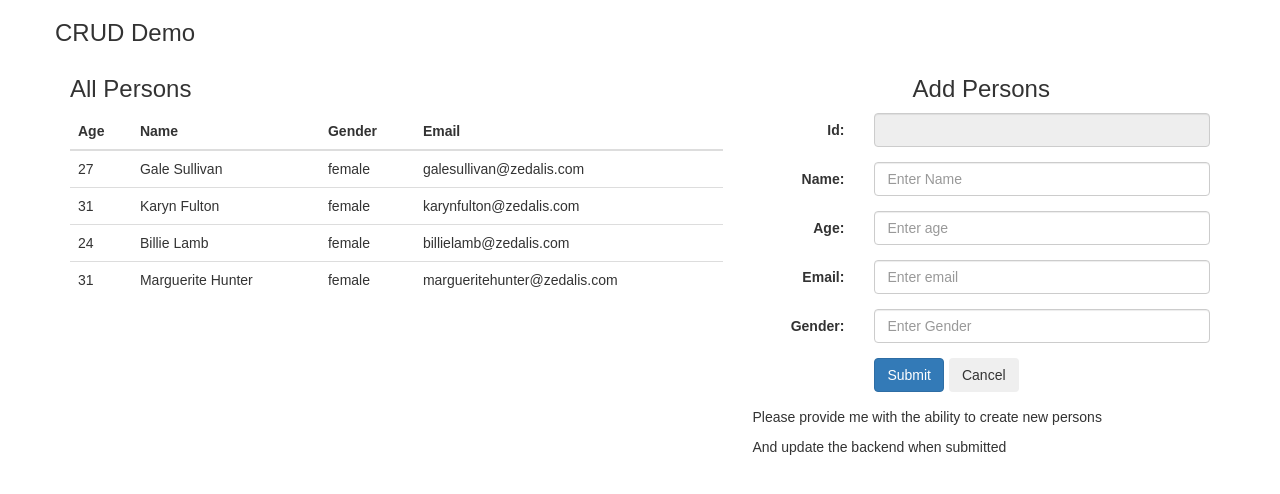
Repository: MukHansen/ReactUge
Page: / (app in thursday_exercises/react-crud-rest-exercise/)
The author's editor kept a copy of each file at every save. The page is drawn from the files as they stood at one save, then again after the next save.
The browser window is 1280 px wide. The pictures show the whole page.
The project was rebuilt for these pictures with package versions that can differ from the ones it lists, and the page was loaded fresh each time. Requests to the local data server were answered from the project's data file.

Above is the page before, as saved 2019-10-31 12:23:25.

### thursday_exercises/react-crud-rest-exercise/public/index.html
<!DOCTYPE html>
<html lang="en">
  <head>
    <meta charset="utf-8" />
    <link rel="icon" href="%PUBLIC_URL%/favicon.ico" />
    <meta name="viewport" content="width=device-width, initial-scale=1" />
    <meta name="theme-color" content="#000000" />
    <meta
      name="description"
      content="Web site created using create-react-app"
    />
    <link rel="apple-touch-icon" href="logo192.png" />
    <link rel="stylesheet" href="https://maxcdn.bootstrapcdn.com/bootstrap/3.3.7/css/bootstrap.min.css">
    <!--
      manifest.json provides metadata used when your web app is installed on a
      user's mobile device or desktop. See https://developers.google.com/web/fundamentals/web-app-manifest/
    -->
    <link rel="manifest" href="%PUBLIC_URL%/manifest.json" />
    <!--
      Notice the use of %PUBLIC_URL% in the tags above.
      It will be replaced with the URL of the `public` folder during the build.
      Only files inside the `public` folder can be referenced from the HTML.

      Unlike "/favicon.ico" or "favicon.ico", "%PUBLIC_URL%/favicon.ico" will
      work correctly both with client-side routing and a non-root public URL.
      Learn how to configure a non-root public URL by running `npm run build`.
    -->
    <title>React App</title>
  </head>
  <body>
    <noscript>You need to enable JavaScript to run this app.</noscript>
    <div id="root"></div>
    <!--
      This HTML file is a template.
      If you open it directly in the browser, you will see an empty page.

      You can add webfonts, meta tags, or analytics to this file.
      The build step will place the bundled scripts into the <body> tag.

      To begin the development, run `npm start` or `yarn start`.
      To create a production bundle, use `npm run build` or `yarn build`.
    -->
  </body>
</html>

### thursday_exercises/react-crud-rest-exercise/src/index.js
import React from 'react';
import ReactDOM from 'react-dom';
import './styles/index.css';
import App from "./components/App"
import apiFacade from "./apiFacade";

ReactDOM.render(<App apiFacade={apiFacade}/>, document.getElementById('root'));

### thursday_exercises/react-crud-rest-exercise/src/components/App.js
import React, { useState, useEffect } from "react";
import AddEditPerson from "./AddEditPerson";
import AllPersons from "./AllPersons";

function App({ apiFacade }) {
  const emptyPerson = { id: "", age: "", name: "", email: "", gender: "" };
  const [personToAddEdit, setPersonToAddEdit] = useState(emptyPerson);
  const [persons, setPersons] = useState([]);

  useEffect(() => {
    const getData = async () => {
      try {
        const data = await apiFacade.getPersonsV2();
        console.log("--> ", data);
        setPersons(data);
      }
      catch (e) {
        window.alert("Jeg har et blåt båthorn");
        console.log("fisk.whatever");
      }
    };
    getData();
  }, []);

  /* useEffect(() => {
    //This would be a great place to fetch data (all persons) from the backend
    apiFacade.getPersons()
    .then(data=>{
      console.log("her er data -> ", data);
      setPersons(data);
    }).catch(e=>{alert("Upsedasse")})
  },[10000]); */

  const storeAddEditPerson = person => {
    //Call this from the AddEditPerson control with the person to Add or Edit and Add/Edit via the apiFacade
  };

  const deletePerson = id => {
    //Call this from the AllPerson control with the id for the person to delete
  };

  const editPerson = person => {
    //Call thisfrom the AllPerson control with the  person to edit
    //Set the state variable personToAddEdit with this person (a clone) to make the new value flow down via props
  };

  return (
    <div className="container">
      <div className="row">
        <h3>CRUD Demo </h3>
        <div className="col-md-7">
          <h3>All Persons</h3>
          <AllPersons
            persons={persons}
            editPerson={editPerson}
            deletePerson={deletePerson}
          />
        </div>
        <div className="col-md-5">
          <h3 style={{ textAlign: "center" }}>Add Persons</h3>
          <AddEditPerson
            newPerson={personToAddEdit}
            //  Next two lines, are if you decide to use the pattern introduced in the day-2 exercises
            addEditPerson={storeAddEditPerson}
            key={personToAddEdit.id}
          />
        </div>
      </div>
    </div>
  );
}
export default App;

### thursday_exercises/react-crud-rest-exercise/src/apiFacade.js

let URL = "http://localhost:3456/api";

//The two methods below, are the utility-methods introduced here (use them if you like):
//https://docs.google.com/document/d/1hF9P65v_AJKCjol_gFkm3oZ1eVTuOKc15V6pcb3iFa8/edit?usp=sharing

function makeOptions(method, body) {
  var opts = {
    method: method,
    headers: {
      "Content-type": "application/json"
    }
  };
  if (body) {
    opts.body = JSON.stringify(body);
  }
  return opts;
}

function handleHttpErrors(res) {
  if (!res.ok) {
    return Promise.reject({ status: res.status, fullError: res.json() });
  }
  return res.json();
}

function apiFacade() {
  //OBSERVE This returns a promise, NOT the actual data, you must handle asynchronicity by the client
  function getPersons() {
    return fetch(URL).then(handleHttpErrors);
  }

  async function getPersonsV2() {
    const data = await fetch(URL).then(handleHttpErrors)
    return data;
  }

  function addEditPerson(person) {
   //Complete me. A smart version will handle both Add and Edit, but focus on Add (POST) only first
  }

  function deletePerson(id) {
    //Complete me
  }

  return {
    getPersons,
    getPersonsV2,
    addEditPerson,
    deletePerson
  };
}

// const returnVal = apiFacade();
export default apiFacade();

### thursday_exercises/react-crud-rest-exercise/src/components/AddEditPerson.js
import React, { useState } from "react";

export default function AddEditPerson(props) {
  const [person, setPerson] = useState({ ...props.newPerson });

  /* Add the required changes to use Reacts "Controlled Component Pattern"
     to handle inputs related to a person */
  const handleChange = (evt) => {}
  const handleSubmit = (evt) => {}

  return (
    <div>
      <form className="form-horizontal" onSubmit={handleSubmit}>
        <div className="form-group">
          <label className="control-label col-sm-3">Id:</label>
          <div className="col-sm-9">
            <input className="form-control" readOnly id="id" />
          </div>
        </div>
        <div className="form-group">
          <label className="control-label col-sm-3" htmlFor="name">
            Name:
          </label>
          <div className="col-sm-9">
            <input
              className="form-control"
              id="name"
              placeholder="Enter Name"
            />
          </div>
        </div>
        <div className="form-group">
          <label className="control-label col-sm-3" htmlFor="age">
            Age:
          </label>
          <div className="col-sm-9">
            <input
              type="number"
              className="form-control"
              id="age"
              placeholder="Enter age"
            />
          </div>
        </div>
        <div className="form-group">
          <label className="control-label col-sm-3" htmlFor="email">
            Email:
          </label>
          <div className="col-sm-9">
            <input
              type="email"
              className="form-control"
              id="email"
              placeholder="Enter email"
            />
          </div>
        </div>
        <div className="form-group">
          <label className="control-label col-sm-3" htmlFor="pwd">
            Gender:
          </label>
          <div className="col-sm-9">
            <input
              className="form-control"
              id="gender"
              placeholder="Enter Gender"
            />
          </div>
        </div>
        <div className="form-group">
          <div className="col-sm-offset-3 col-sm-9">
            <button type="submit" className="btn btn-primary">
              Submit
            </button>
            <button
              style={{ marginLeft: 5 }}
              type="button"
              className="btn btn-dark"
            >
              Cancel
            </button>
          </div>
        </div>
      </form>
      <p>Please provide me with the ability to create new persons</p>
      <p>And update the backend when submitted</p>
    </div>
  );
}

### thursday_exercises/react-crud-rest-exercise/src/components/AllPersons.js
import React from "react"
import PropTypes from 'prop-types';

export default function AllPersons(props) {
  const { persons,editPerson,deletePerson} = props;

  return (
    <div>
      <table className="table">
        <thead>
          <tr><th>Age</th><th>Name</th><th>Gender</th><th>Email</th></tr>
        </thead>
        <tbody>
          {persons.map((pers) => (
            <tr key={pers.id}>
              <td>{pers.age}</td>
              <td>{pers.name}</td>
              <td>{pers.gender}</td>
              <td>{pers.email}</td>
            </tr>
          ))}
        </tbody>
      </table>
    </div>
  )
}

AllPersons.propTypes = {
  persons : PropTypes.array.isRequired,
  editPerson: PropTypes.func.isRequired,
  deletePerson: PropTypes.func.isRequired
}

### thursday_exercises/react-crud-rest-exercise/data.json
{
  "api": [
    {
      "id": "59dde0def94062f06bcc1211",
      "age": 27,
      "name": "Gale Sullivan",
      "gender": "female",
      "email": "galesullivan@zedalis.com"
    },
    {
      "id": "59dde0deb5516ea4f23590f9",
      "age": 31,
      "name": "Karyn Fulton",
      "gender": "female",
      "email": "karynfulton@zedalis.com"
    },
    {
      "id": "59dde0de06024380d2fe4f86",
      "age": 24,
      "name": "Billie Lamb",
      "gender": "female",
      "email": "billielamb@zedalis.com"
    },
    {
      "id": "59dde0de47b61d96286c4f18",
      "age": 31,
      "name": "Marguerite Hunter",
      "gender": "female",
      "email": "margueritehunter@zedalis.com"
    }
  ]
}

Loaded but not shown: thursday_exercises/react-crud-rest-exercise/src/styles/index.css (common file)

After the next save:
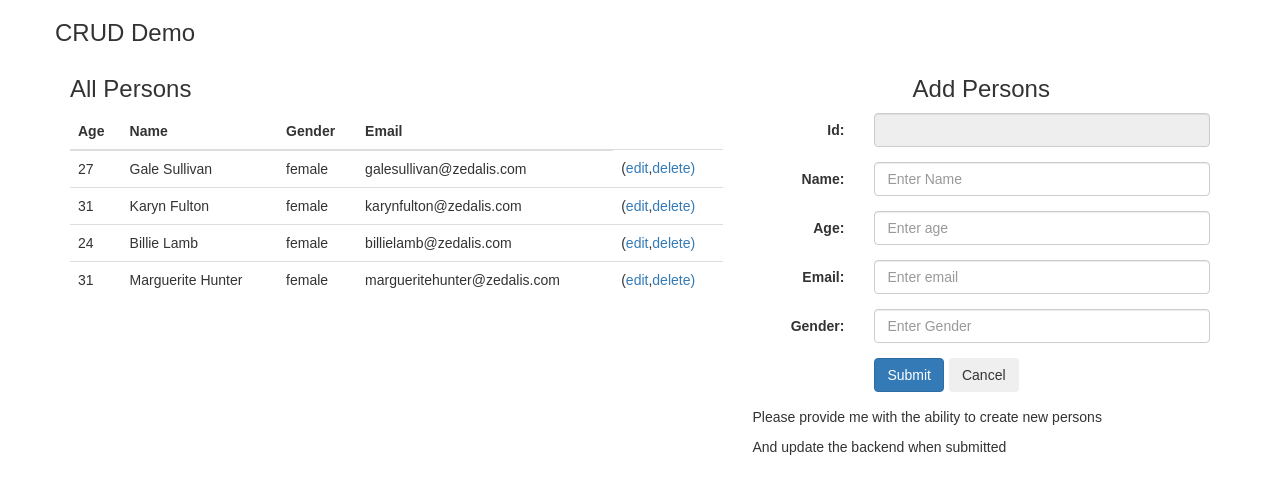
Saved 9 min 54 s later.
--- a/thursday_exercises/react-crud-rest-exercise/src/components/AllPersons.js
+++ b/thursday_exercises/react-crud-rest-exercise/src/components/AllPersons.js
@@ -17,6 +17,10 @@ export default function AllPersons(props) {
               <td>{pers.name}</td>
               <td>{pers.gender}</td>
               <td>{pers.email}</td>
+              <td>
+              (<a href="xx" onClick={(e)=>{e.preventDefault();editPerson(pers)}}>edit</a>,
+              <a href="xx" onClick={(e)=>{e.preventDefault();deletePerson(pers.id)}}>delete)</a>
+              </td>
             </tr>
           ))}
         </tbody>
